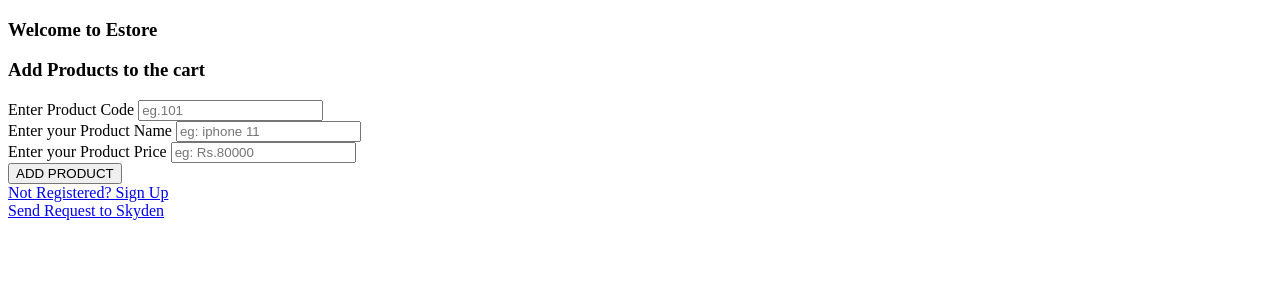
Repository: harshithkandula/Myfirstpractice
Page: Estore/src/main/webapp/addproduct.html
These files come from the project's save history. The page is drawn as it stood at one moment and after the next save; the edit follows.
The browser window is 1280 px wide. The pictures show the whole page.

Above is the page before, as saved 2024-02-06 14:54:23.

### Estore/src/main/webapp/addproduct.html
<!DOCTYPE html>
<html>
<head>
<meta charset="ISO-8859-1">
<title>Add Product</title>
</head>
<body>
      <h3>Welcome to Estore</h3>
      <h3>Add Products to the cart</h3>
     <form>
          <label>Enter Product Code</label>
          <input type="text" name="txtcode" placeholder="eg.101"/><br>
          <label>Enter your Product Name</label>
          <input type="text" name="txtname" placeholder="eg: iphone 11"><br>
          <label>Enter your Product Price</label>
          <input type="text" name="txtnprice" placeholder="eg: Rs.80000"><br>

          <input type="submit" value="ADD PRODUCT" ><br>
          <a href="register.html">Not Registered? Sign Up</a><br>
          <a href="Home">Send Request to Skyden</a>
     </form>
</body>
</html>

After the next save:
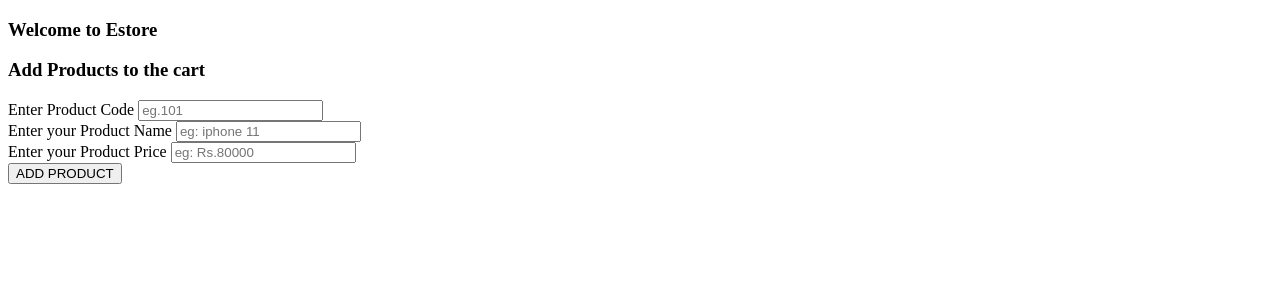
Saved 4 min 47 s later.
--- a/Estore/src/main/webapp/addproduct.html
+++ b/Estore/src/main/webapp/addproduct.html
@@ -16,8 +16,7 @@
           <input type="text" name="txtnprice" placeholder="eg: Rs.80000"><br>
 
           <input type="submit" value="ADD PRODUCT" ><br>
-          <a href="register.html">Not Registered? Sign Up</a><br>
-          <a href="Home">Send Request to Skyden</a>
+
      </form>
 </body>
 </html>
